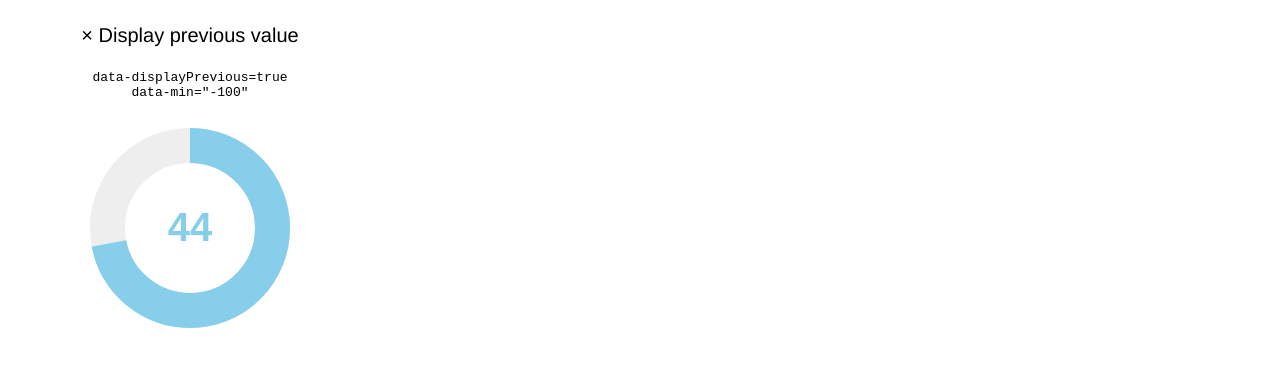
Repository: JoseMateoPosso/colgate
Page: wp-content/themes/colgatetheme/assets/js/jQuery-Knob-master/index.html
The author's editor kept a copy of each file at every save. The page is drawn from the files as they stood at one save, then again after the next save.
The browser window is 1280 px wide. The pictures show the whole page.
Some web libraries are served in a nearby version.

Above is the page before, as saved 2019-10-02 18:24:20.

### wp-content/themes/colgatetheme/assets/js/jQuery-Knob-master/index.html
<!DOCTYPE html>
<html>
    <head>
        <title>jQuery Knob demo</title>
        <script src="http://ajax.googleapis.com/ajax/libs/jquery/1.9.0/jquery.min.js"></script>
        <!--[if IE]><script type="text/javascript" src="excanvas.js"></script><![endif]-->
        <script src="dist/jquery.knob.min.js"></script>
        <script>
            $(function($) {

                $(".knob").knob({
                    change : function (value) {
                        //console.log("change : " + value);
                    },
                    release : function (value) {
                        //console.log(this.$.attr('value'));
                        console.log("release : " + value);
                    },
                    cancel : function () {
                        console.log("cancel : ", this);
                    },
                    /*format : function (value) {
                        return value + '%';
                    },*/
                    draw : function () {

                        // "tron" case
                        if(this.$.data('skin') == 'tron') {

                            this.cursorExt = 0.3;

                            var a = this.arc(this.cv)  // Arc
                                , pa                   // Previous arc
                                , r = 1;

                            this.g.lineWidth = this.lineWidth;

                            if (this.o.displayPrevious) {
                                pa = this.arc(this.v);
                                this.g.beginPath();
                                this.g.strokeStyle = this.pColor;
                                this.g.arc(this.xy, this.xy, this.radius - this.lineWidth, pa.s, pa.e, pa.d);
                                this.g.stroke();
                            }

                            this.g.beginPath();
                            this.g.strokeStyle = r ? this.o.fgColor : this.fgColor ;
                            this.g.arc(this.xy, this.xy, this.radius - this.lineWidth, a.s, a.e, a.d);
                            this.g.stroke();

                            this.g.lineWidth = 2;
                            this.g.beginPath();
                            this.g.strokeStyle = this.o.fgColor;
                            this.g.arc( this.xy, this.xy, this.radius - this.lineWidth + 1 + this.lineWidth * 2 / 3, 0, 2 * Math.PI, false);
                            this.g.stroke();

                            return false;
                        }
                    }
                });

                // Example of infinite knob, iPod click wheel
                var v, up=0,down=0,i=0
                    ,$idir = $("div.idir")
                    ,$ival = $("div.ival")
                    ,incr = function() { i++; $idir.show().html("+").fadeOut(); $ival.html(i); }
                    ,decr = function() { i--; $idir.show().html("-").fadeOut(); $ival.html(i); };
                $("input.infinite").knob(
                                    {
                                    min : 0
                                    , max : 20
                                    , stopper : false
                                    , change : function () {
                                                    if(v > this.cv){
                                                        if(up){
                                                            decr();
                                                            up=0;
                                                        }else{up=1;down=0;}
                                                    } else {
                                                        if(v < this.cv){
                                                            if(down){
                                                                incr();
                                                                down=0;
                                                            }else{down=1;up=0;}
                                                        }
                                                    }
                                                    v = this.cv;
                                                }
                                    });
            });
        </script>
        <style>
            body{
              padding: 0;
              margin: 0px 50px;
              font-family: "Helvetica Neue", Helvetica, Arial, sans-serif;
              font-weight: 300;
              text-rendering: optimizelegibility;
            }
            p{font-size: 30px; line-height: 30px}
            div.demo{text-align: center; width: 280px; float: left}
            div.demo > p{font-size: 20px}
        </style>
    </head>
    <body>
        <div class="demo" >
            <p>&#215; Display previous value</p>
            <pre>
data-displayPrevious=true
data-min="-100"
            </pre>
            <input class="knob" data-width="200" data-min="-100" data-displayPrevious=true value="44">
        </div>

    </body>
</html>

Loaded but not shown: wp-content/themes/colgatetheme/assets/js/jQuery-Knob-master/dist/jquery.knob.min.js (library)

After the next save:
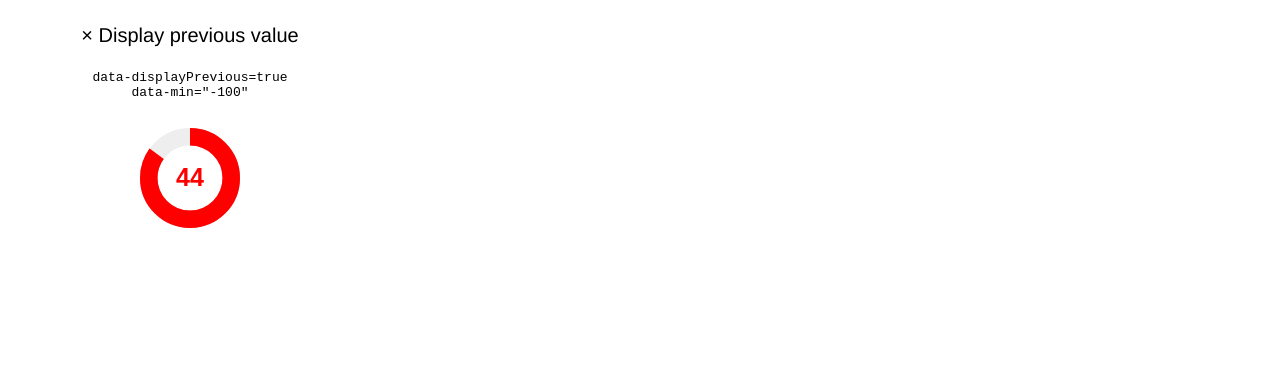
Saved 8 min 20 s later.
--- a/wp-content/themes/colgatetheme/assets/js/jQuery-Knob-master/index.html
+++ b/wp-content/themes/colgatetheme/assets/js/jQuery-Knob-master/index.html
@@ -9,84 +9,14 @@
             $(function($) {
 
                 $(".knob").knob({
-                    change : function (value) {
-                        //console.log("change : " + value);
-                    },
-                    release : function (value) {
-                        //console.log(this.$.attr('value'));
-                        console.log("release : " + value);
-                    },
-                    cancel : function () {
-                        console.log("cancel : ", this);
-                    },
-                    /*format : function (value) {
-                        return value + '%';
-                    },*/
-                    draw : function () {
-
-                        // "tron" case
-                        if(this.$.data('skin') == 'tron') {
-
-                            this.cursorExt = 0.3;
-
-                            var a = this.arc(this.cv)  // Arc
-                                , pa                   // Previous arc
-                                , r = 1;
-
-                            this.g.lineWidth = this.lineWidth;
-
-                            if (this.o.displayPrevious) {
-                                pa = this.arc(this.v);
-                                this.g.beginPath();
-                                this.g.strokeStyle = this.pColor;
-                                this.g.arc(this.xy, this.xy, this.radius - this.lineWidth, pa.s, pa.e, pa.d);
-                                this.g.stroke();
-                            }
-
-                            this.g.beginPath();
-                            this.g.strokeStyle = r ? this.o.fgColor : this.fgColor ;
-                            this.g.arc(this.xy, this.xy, this.radius - this.lineWidth, a.s, a.e, a.d);
-                            this.g.stroke();
-
-                            this.g.lineWidth = 2;
-                            this.g.beginPath();
-                            this.g.strokeStyle = this.o.fgColor;
-                            this.g.arc( this.xy, this.xy, this.radius - this.lineWidth + 1 + this.lineWidth * 2 / 3, 0, 2 * Math.PI, false);
-                            this.g.stroke();
-
-                            return false;
-                        }
-                    }
+                    'min':10,
+                    'max':50,
+                    'width':100,
+                    'height':100,
+                    'displayInput':true,
+                    'fgColor':"#FF0000",
+                    'release':function(v) {alert(v);}
                 });
-
-                // Example of infinite knob, iPod click wheel
-                var v, up=0,down=0,i=0
-                    ,$idir = $("div.idir")
-                    ,$ival = $("div.ival")
-                    ,incr = function() { i++; $idir.show().html("+").fadeOut(); $ival.html(i); }
-                    ,decr = function() { i--; $idir.show().html("-").fadeOut(); $ival.html(i); };
-                $("input.infinite").knob(
-                                    {
-                                    min : 0
-                                    , max : 20
-                                    , stopper : false
-                                    , change : function () {
-                                                    if(v > this.cv){
-                                                        if(up){
-                                                            decr();
-                                                            up=0;
-                                                        }else{up=1;down=0;}
-                                                    } else {
-                                                        if(v < this.cv){
-                                                            if(down){
-                                                                incr();
-                                                                down=0;
-                                                            }else{down=1;up=0;}
-                                                        }
-                                                    }
-                                                    v = this.cv;
-                                                }
-                                    });
             });
         </script>
         <style>
